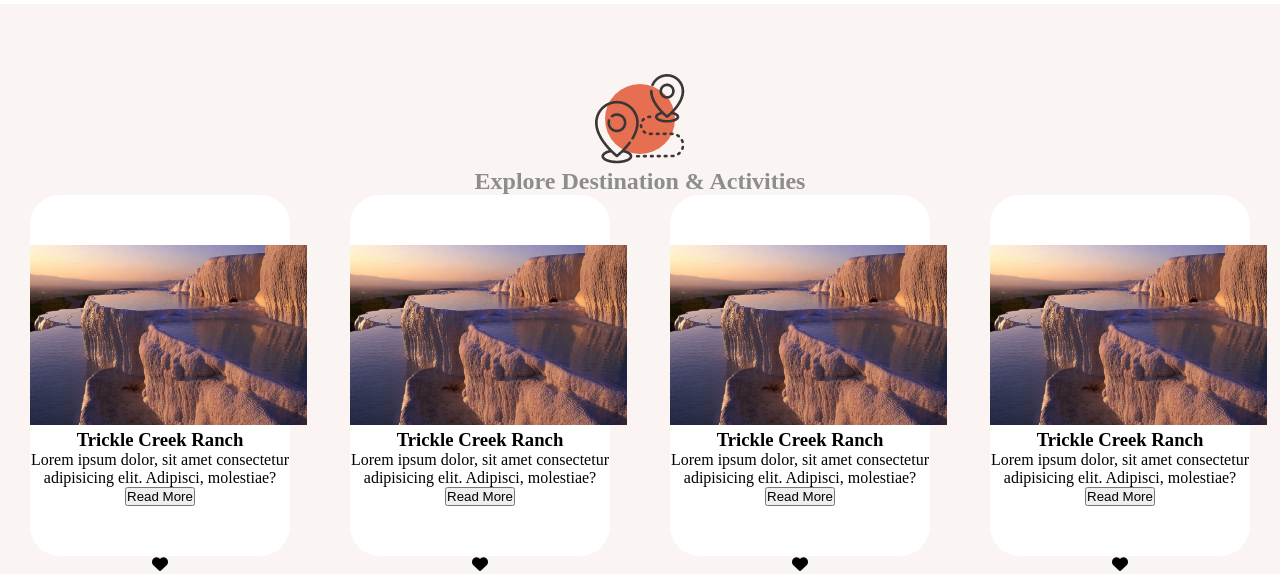
Repository: giahuy405/BC38_Camping_Pham_Gia_Huy
Page: index.html
These files come from the project's save history. The page is drawn as it stood at one moment and after the next save; the edit follows.
The browser window is 1280 px wide. The pictures show the part of the page from y = 692 to 1266 px (the page is 1266 px tall).

Above is the page before, as saved 2022-09-13 19:03:24.

After the next save:
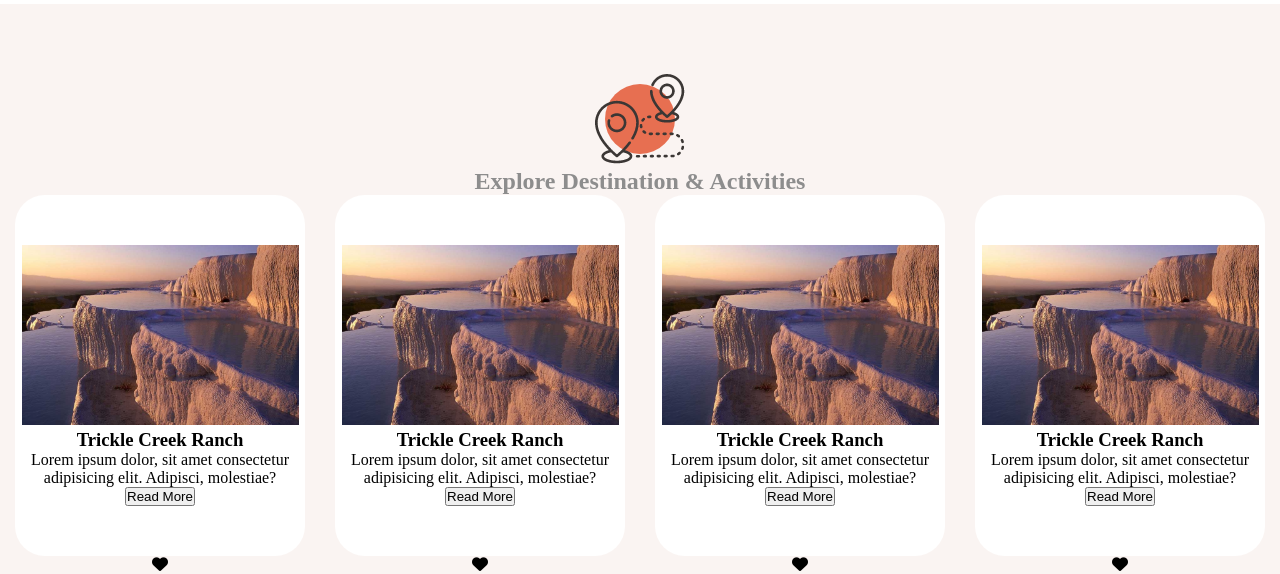
Saved 31 s later.
--- a/css/index.css
+++ b/css/index.css
@@ -50,7 +50,7 @@
 .service__card{
     float: left;
     width: 25%;
-    padding: 0 30px;
+    padding: 0 15px;
 }
 .service__item{
     background-color: white;
